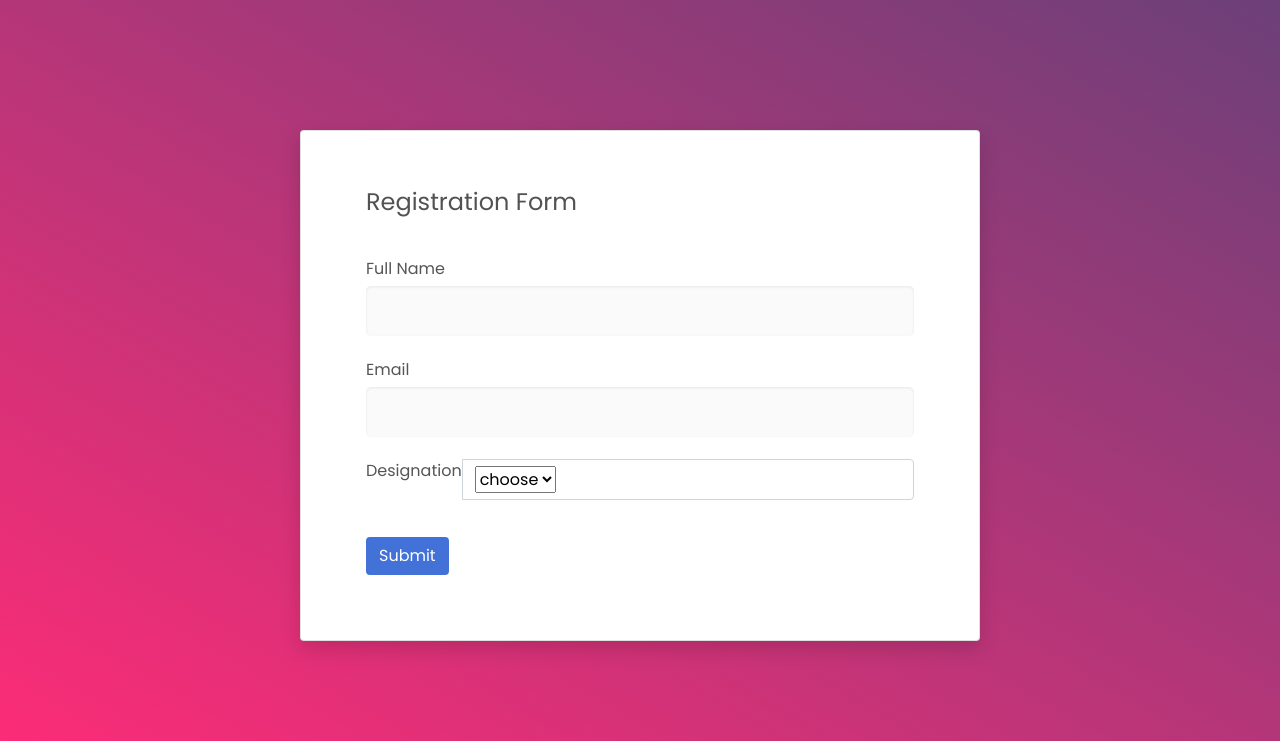
Repository: AbdulRehman0/registration
Page: http://localhost/registration.php
These files come from the project's save history. The page is drawn as it stood at one moment and after the next save; the edit follows.
The browser window is 1280 px wide. The pictures show the whole page.
The page is run by PHP 8.4 with error messages shown; the project is at /var/www/html/.

Above is the page before, as saved 2021-01-05 15:26:32.

After the next save:
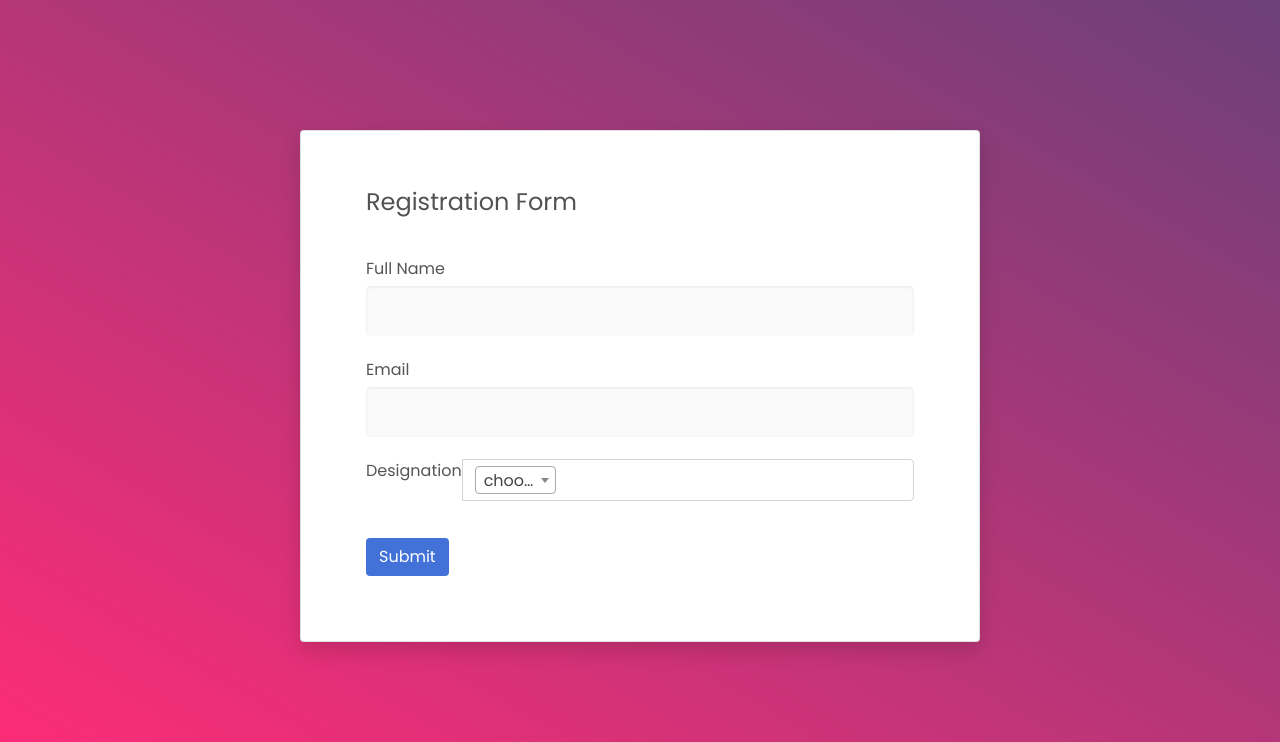
Saved 14 s later.
--- a/registration.php
+++ b/registration.php
@@ -30,7 +30,7 @@ include "./templates/header.php";
                             <div class="col-md-12">
                                 <div class="input-group">
                                     <label class="label">Designation</label>
-                                    <div class=" form-control">
+                                    <div class="js-select-simple select--no-search form-control">
                                         <select name="subject">
                                             <option disabled="disabled" selected="selected">choose</option>
                                             <option value="1">Admin</option>
